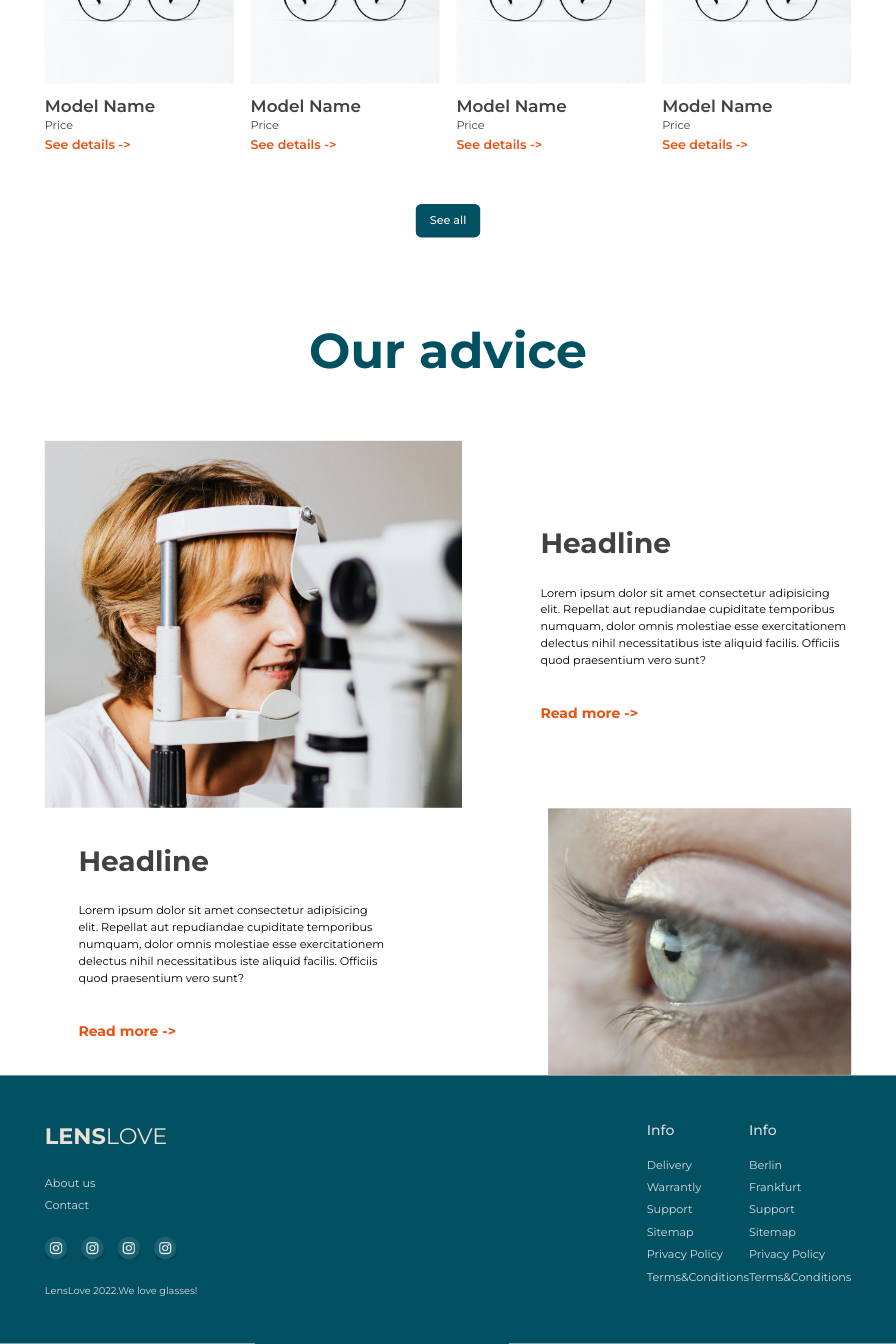
Repository: thienthanhvinh/glasses-react
Page: /
These files come from the project's save history. The page is drawn as it stood at one moment and after the next save; the edit follows.
The browser window is 1280 px wide. The pictures show the part of the page from y = 3725 to 5645 px (the page is 5645 px tall), at 70% of full size.
The project was rebuilt for these pictures with package versions that can differ from the ones it lists, and the page was loaded fresh each time. Also part of the build but not shown: src/App.css, src/components/common/FormGroup.js, src/components/input/Input.js, src/components/label/Label.js, src/hooks/useDarkMode.js, src/layout/LayoutAuthentication.js, src/components/icons/IconEyeToggle.js, src/pages/SignInPage.js and 1 more.

Above is the page before, as saved 2023-02-13 10:29:56.

After the next save:
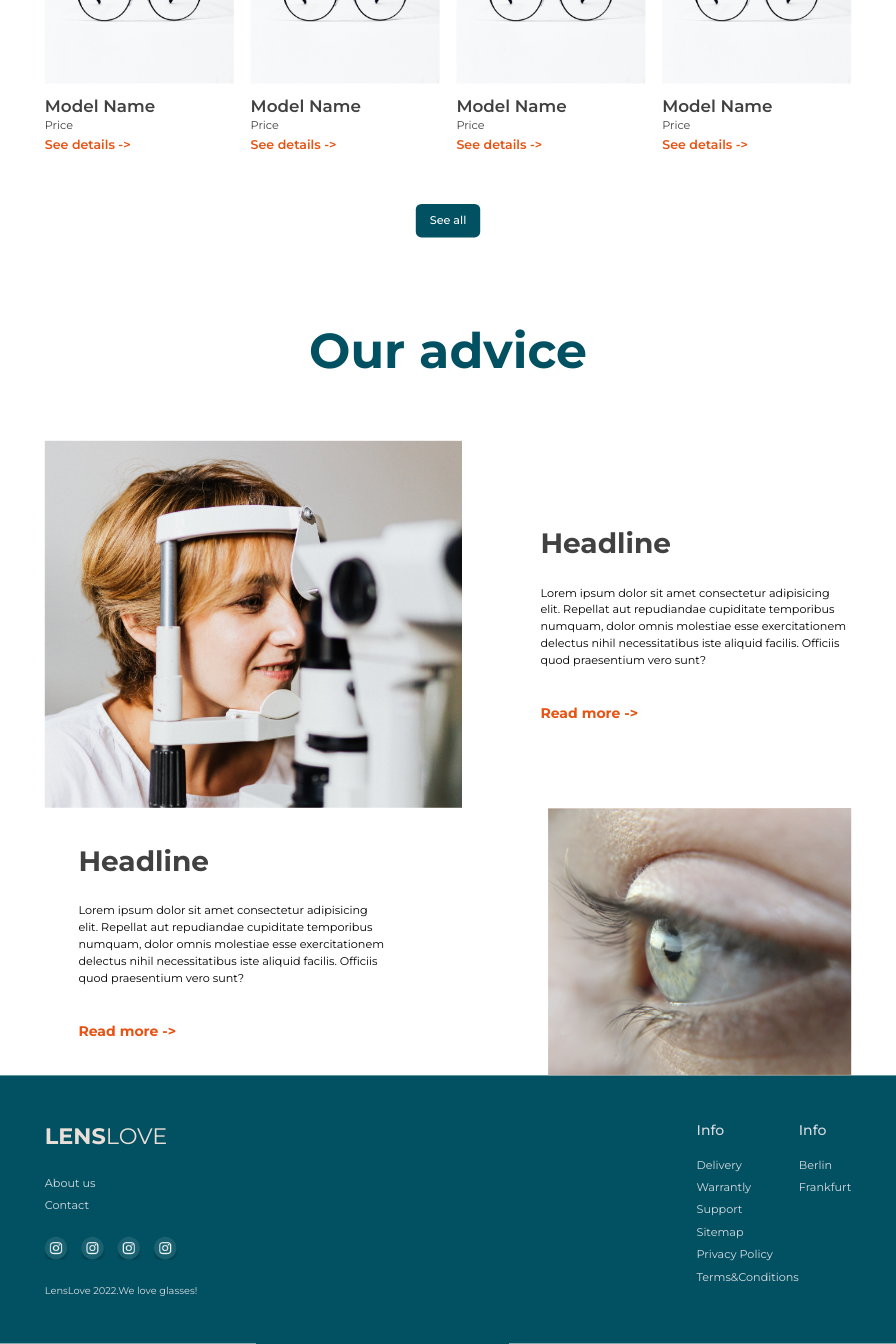
Saved 16 s later.
--- a/src/layout/LayoutFooter.js
+++ b/src/layout/LayoutFooter.js
@@ -49,10 +49,6 @@ const LayoutFooter = () => {
           <div className="flex flex-col gap-y-2">
             <p>Berlin</p>
             <p>Frankfurt</p>
-            <p>Support</p>
-            <p>Sitemap</p>
-            <p>Privacy Policy</p>
-            <p>Terms&Conditions</p>
           </div>
         </div>
       </div>
